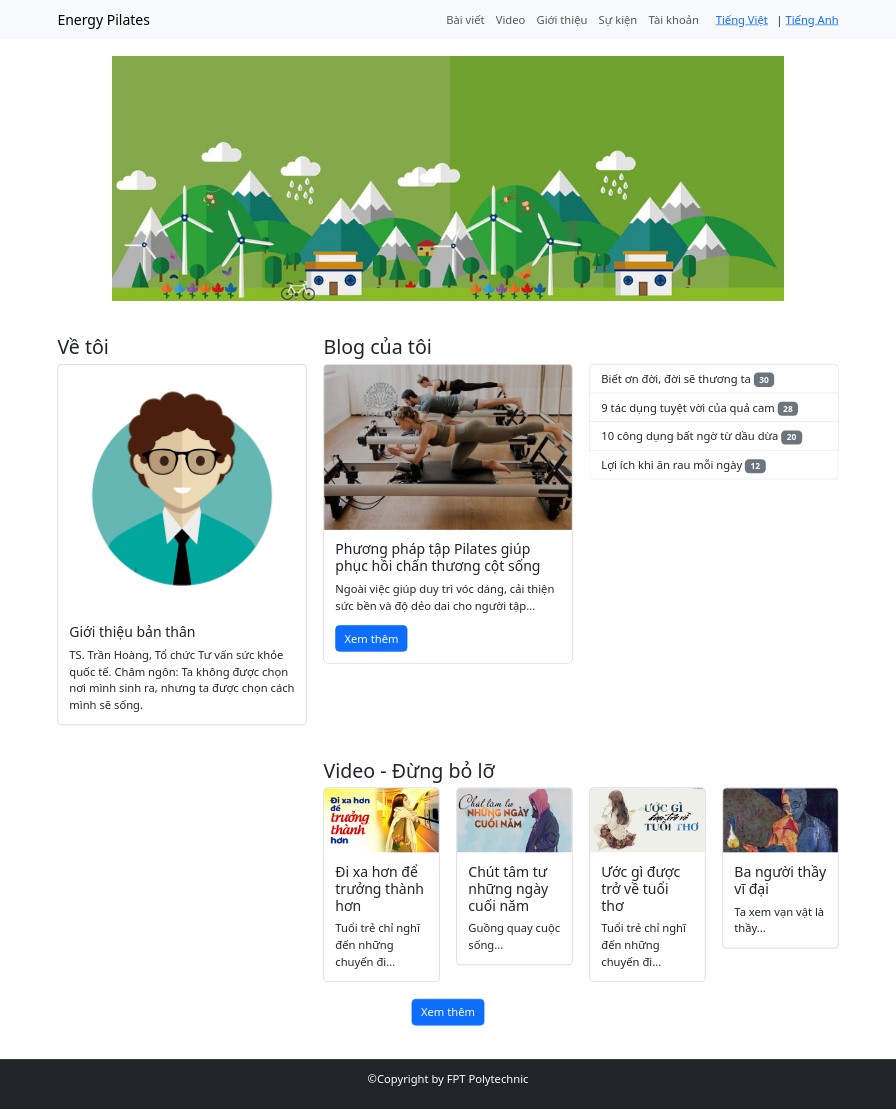
Repository: KizukoHeiwa/SOF308
Page: Lab3/index.html
An editor plug-in stored every save of this project. The page is shown before and after the next save, followed by the edit.
The browser window is 1280 px wide. The pictures show the whole page, at 70% of full size.

Above is the page before, as saved 2024-11-07 11:14:48.

### Lab3/index.html
<!DOCTYPE html>
<html lang="en">
<head>
    <meta charset="UTF-8">
    <meta name="viewport" content="width=device-width, initial-scale=1.0">
    <title>FPT Polytechnic</title>
</head>
<link href="https://cdn.jsdelivr.net/npm/bootstrap@5.3.3/dist/css/bootstrap.min.css" rel="stylesheet">
<link rel="stylesheet" href="https://cdnjs.cloudflare.com/ajax/libs/font-awesome/6.0.0-beta3/css/all.min.css">
<script src="https://cdn.jsdelivr.net/npm/bootstrap@5.3.3/dist/js/bootstrap.bundle.min.js"></script>
<body>

    <!-- Navbar -->
    <nav class="navbar navbar-expand-lg navbar-light bg-light">
      <div class="container">
        <a class="navbar-brand" href="#">Energy Pilates</a>
        <button class="navbar-toggler" type="button" data-bs-toggle="collapse" data-bs-target="#navbarNav" aria-controls="navbarNav" aria-expanded="false" aria-label="Toggle navigation">
          <span class="navbar-toggler-icon"></span>
        </button>
        <div class="collapse navbar-collapse" id="navbarNav">
          <ul class="navbar-nav ms-auto">
            <li class="nav-item"><a class="nav-link" href="#">Bài viết</a></li>
            <li class="nav-item"><a class="nav-link" href="#">Video</a></li>
            <li class="nav-item"><a class="nav-link" href="#">Giới thiệu</a></li>
            <li class="nav-item"><a class="nav-link" href="#">Sự kiện</a></li>
            <li class="nav-item"><a class="nav-link" href="#">Tài khoản</a></li>
          </ul>
          <div class="ms-3">
            <a href="#" class="me-2">Tiếng Việt</a> | <a href="#">Tiếng Anh</a>
          </div>
        </div>
      </div>
    </nav>

    <!-- Banner -->
    <div class="container mt-4">
      <div class="row">
        <div class="col text-center">
          <img src="images/banner1.jpg" alt="Banner" class="img-fluid" style="max-height: 400px;">
        </div>
      </div>
    </div>

    <!-- About and Blog Section -->
    <div class="container my-5">
      <div class="row">
        <div class="col-md-4">
          <h3>Về tôi</h3>
          <div class="card">
            <img src="images/avatar.png" class="card-img-top" alt="Giới thiệu bản thân">
            <div class="card-body">
              <h5 class="card-title">Giới thiệu bản thân</h5>
              <p class="card-text">TS. Trần Hoàng, Tổ chức Tư vấn sức khỏe quốc tế. Châm ngôn: Ta không được chọn nơi mình sinh ra, nhưng ta được chọn cách mình sẽ sống.</p>
            </div>
          </div>
        </div>

        <div class="col-md-8">
          <h3>Blog của tôi</h3>
          <div class="row">
            <div class="col-md-6">
              <div class="card mb-3">
                <img src="images/tap-piltes.jpg" class="card-img-top" alt="Blog">
                <div class="card-body">
                  <h5 class="card-title">Phương pháp tập Pilates giúp phục hồi chấn thương cột sống</h5>
                  <p class="card-text">Ngoài việc giúp duy trì vóc dáng, cải thiện sức bền và độ dẻo dai cho người tập...</p>
                  <a href="#" class="btn btn-primary">Xem thêm</a>
                </div>
              </div>
            </div>
            <div class="col-md-6">
              <ul class="list-group">
                <li class="list-group-item">Biết ơn đời, đời sẽ thương ta <span class="badge bg-secondary">30</span></li>
                <li class="list-group-item">9 tác dụng tuyệt vời của quả cam <span class="badge bg-secondary">28</span></li>
                <li class="list-group-item">10 công dụng bất ngờ từ dầu dừa <span class="badge bg-secondary">20</span></li>
                <li class="list-group-item">Lợi ích khi ăn rau mỗi ngày <span class="badge bg-secondary">12</span></li>
              </ul>
            </div>
          </div>
        </div>
      </div>
    </div>

    <!-- Video Section -->
    <div class="container my-5">
      <div class="row">
        <div class="col-4">

        </div>
        <div class="col-8">
            <div class="row d-flex">
                <h3>Video - Đừng bỏ lỡ</h3>
                <div class="col-md-3">
                  <div class="card">
                    <img src="images/video1.jpg" class="card-img-top" alt="Video 1">
                    <div class="card-body">
                      <h5 class="card-title">Đi xa hơn để trưởng thành hơn</h5>
                      <p class="card-text">Tuổi trẻ chỉ nghĩ đến những chuyến đi...</p>
                    </div>
                  </div>
                </div>
                <div class="col-md-3">
                  <div class="card">
                    <img src="images/video2.jpg" class="card-img-top" alt="Video 2">
                    <div class="card-body">
                      <h5 class="card-title">Chút tâm tư những ngày cuối năm</h5>
                      <p class="card-text">Guồng quay cuộc sống...</p>
                    </div>
                  </div>
                </div>
                <div class="col-md-3">
                  <div class="card">
                    <img src="images/video3.jpg" class="card-img-top" alt="Video 3">
                    <div class="card-body">
                      <h5 class="card-title">Ước gì được trở về tuổi thơ</h5>
                      <p class="card-text">Tuổi trẻ chỉ nghĩ đến những chuyến đi...</p>
                    </div>
                  </div>
                </div>
                <div class="col-md-3">
                  <div class="card">
                    <img src="images/video4.jpg" class="card-img-top" alt="Video 4">
                    <div class="card-body">
                      <h5 class="card-title">Ba người thầy vĩ đại</h5>
                      <p class="card-text">Ta xem vạn vật là thầy...</p>
                    </div>
                  </div>
                </div>
            </div>
        </div>
      </div>
      <div class="text-center mt-4">
        <a href="#" class="btn btn-primary">Xem thêm</a>
      </div>
    </div>

    <!-- Footer -->
    <footer class="bg-dark text-white text-center py-3">
      <div class="container">
        <p>&copy;Copyright by FPT Polytechnic</p>
      </div>
    </footer>

    <script src="https://cdn.jsdelivr.net/npm/bootstrap@5.0.2/dist/js/bootstrap.bundle.min.js"></script>
    </body>
</html>

After the next save:
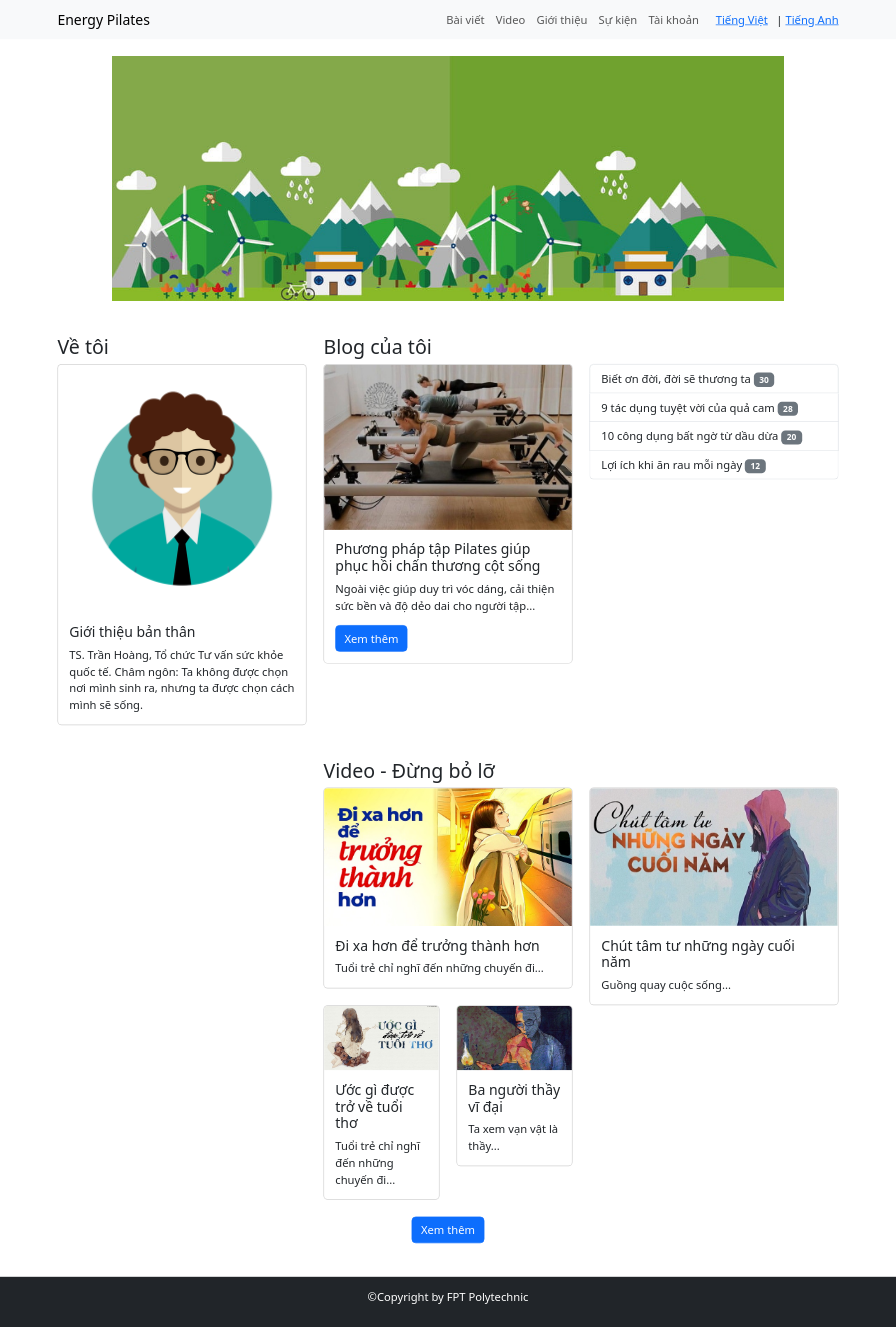
Saved 7 s later.
--- a/Lab3/index.html
+++ b/Lab3/index.html
@@ -90,7 +90,7 @@
         <div class="col-8">
             <div class="row d-flex">
                 <h3>Video - Đừng bỏ lỡ</h3>
-                <div class="col-md-3">
+                <div class="col-md-6">
                   <div class="card">
                     <img src="images/video1.jpg" class="card-img-top" alt="Video 1">
                     <div class="card-body">
@@ -99,7 +99,7 @@
                     </div>
                   </div>
                 </div>
-                <div class="col-md-3">
+                <div class="col-md-6">
                   <div class="card">
                     <img src="images/video2.jpg" class="card-img-top" alt="Video 2">
                     <div class="card-body">
